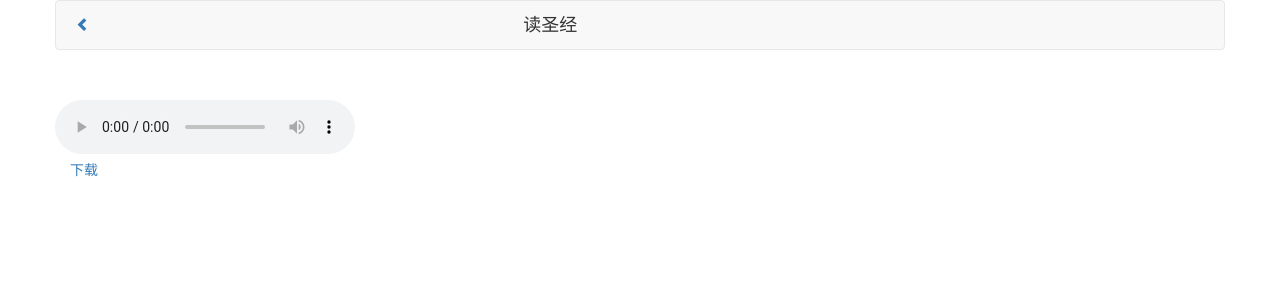
Repository: Paulyoufu/paulyoufu.github.io
Page: content.html
An editor plug-in stored every save of this project. The page is shown before and after a run of saves, followed by the edit.
The browser window is 1280 px wide. The pictures show the whole page.

Above is the page before, as saved 2018-04-23 14:00:34.
Console error: TypeError: Cannot read properties of undefined (reading 'toString')

### content.html
<!DOCTYPE html>
<html lang="en">

<head>
    <meta charset="UTF-8">
    <meta name="viewport" content="width=device-width, initial-scale=1.0">

    <link rel="stylesheet" href="css/bootstrap.min.css">
    <script src="js/jquery-3.3.1.min.js"></script>
    <script src="js/bootstrap.js"></script>

    <style>
        .center {
            position: relative;
            top: 50%;
        }
    </style>
    <title>Document</title>
</head>

<body>
    <div class="container">

        <div class="row">
            <nav class="navbar navbar-default" role="navigation">
                <a href="index.html" class="pull-left glyphicon glyphicon-chevron-left" style="margin-top:15px;margin-left:20px;"></a>
                <h4 class="text-aglin:center" style="margin-left:40%;margin-top:15px;">读圣经</h4>
            </nav>
            <div class="row" style="margin-top:50px;">
                <div class="col-md-12 column">
                    <audio id="ad" autoplay="autoplay" src="http://biblevoice.oss-cn-hangzhou.aliyuncs.com/rock/创世记第1章.mp3" controls="controls"></audio>
                </div>
            </div>

            <div id="bContent" class="col-md-12">

            </div>
        </div>
        <!-- title -->




        <!-- 显示经文 -->
        <div class="row">


        </div>


        <!-- mp3播放器 -->

        <!-- mp3下载 -->
        <a id="btnDownLoad" href="" class=" class=" btn btn-primary "">下载</a>
    </div>

    <script>


        $(document).ready(function () {
            var i = 1;
            //    alert(location.search+"-------")
            // $("#bContent").text(decodeURIComponent(location.search))
            var bn = decodeURIComponent(location.search).trim().replace(/[bn= ?]/ig, "")
            var bookname = "";
            var startCharpter = 1;
            var endCharpter = 1;
            var bsn = {
                "创": "创世记", "出": "出埃及记", "利": "利未记", "民": "民数记", "申": "申命记", "书": "约书亚记",
                "士": "士师记", "得": "路得记", "撒上": "撒母耳记上", "撒下": "撒母耳记下", "王上": "列王纪上", "王下": "列王纪下", "代上": "历代志上", "代下": "历代志下", "拉": "以斯拉记", "尼": "尼希米记",
                "斯": "以斯帖记", "约": "约伯记", "诗": "诗篇", "箴": "箴言", "传": "传道书", "歌": "雅歌", "赛": "以赛亚书",
                "耶": "耶利米书", "哀": "耶利米哀书", "结": "以西结书", "但": "但以理书", "何": "何西阿书", "珥": "约珥书", "摩": "阿摩司书", "俄": "俄巴底亚书", "拿": "约拿书", "弥": "弥迦书", "鸿": "那鸿书",
                "哈": "哈巴谷书", "番": "西番雅书", "该": "哈该书", "亚": "撒迦利亚书", "玛": "玛拉基书",
                "太": "马太福音", "可": "马可福音", "路": "路加福音", "约": "约翰福音", "徒": "使徒行传", "罗": "罗马书", "林前": "哥林多前书", "林后": "哥林多后书", "加": "加拉太书", "弗": "以弗所书", "腓": "腓立比书",
                "西": "歌罗西书", "帖前": "贴撒罗尼迦前书", "帖后": "帖撒罗尼迦后书", "提前": "提摩太前书", "提后": "提摩太后书", "多": "提多书", "门": "腓利门书", "来": "希伯来书", "雅": "雅各书", "彼前": "彼得前书", "彼前": "彼得前书", "彼后": "彼得后书", "约一": "约翰一书",
                "约二": "约翰二书", "约三": "约翰三书", "犹": "犹大书", "启": "启示录"
            }
            var url = "http://biblevoice.oss-cn-hangzhou.aliyuncs.com/rock/";
            var src = "";
            var index = 1;
            var bnArr = []
            var srcArr = []

            /* 经文加载 */

            if (bn.indexOf(";") > 0) {
                bnArr = bn.split(';')
                for (var i = 0; i < bnArr.length; i++) {///
                    console.log(i)

                    bookname = bnArr[i].replace(/[^\u4e00-\u9fa5]/gi, "")

                    console.log("bookname===----" + i)
                    startCharpter = bnArr[i].replace(bookname, "").split("-")[0]
                    endCharpter = bnArr[i].replace(bookname, "").split("-")[1]
                    console.log("startcharpter=" + startCharpter)
                    console.log("endCharpter=" + endCharpter)
                    for (key in bsn) {
                        if (bookname == key) {
                            bookname = bookname.replace(key, bsn[key])
                            //  console.log("bookname ======="+bookname)
                            //  index=startCharpter

                            for (var j = startCharpter; j <= endCharpter; j++) {
                                if (endCharpter == 1) {
                                    srcArr.push(url + bookname + "第" + startCharpter + "章.mp3")
                                }
                                else {
                                    srcArr.push(url + bookname + "第" + (startCharpter++) + "章.mp3")
                                }


                            }

                        }

                    }
                }
            }
            else {
                bookname = bn.replace(/[^\u4e00-\u9fa5]/gi, "")
                console.log(bookname)
                startCharpter = bn.replace(bookname, "").split("-")[0]
                endCharpter = bn.replace(bookname, "").split("-")[1]
                console.log("startcharpter=" + startCharpter)
                console.log("endCharpter=" + endCharpter)
                for (key in bsn) {
                    if (bookname == key) {
                        bookname = bookname.replace(key, bsn[key])
                        //  console.log("bookname ======="+bookname)
                        //  index=startCharpter

                        for (var j = startCharpter; j <= endCharpter; j++) {
                            if (endCharpter == 1) {
                                srcArr.push(url + bookname + "第" + startCharpter + "章.mp3")
                            }
                            else {
                                srcArr.push(url + bookname + "第" + (startCharpter++) + "章.mp3")
                            }


                        }

                    }

                }

            }

            srcArr.forEach(function (item, index, input) {
                console.log(input[index])
            })
            $("#ad").attr("src", srcArr[0].toString())

            inx = 1;
            $("#ad").on("ended", function () {

                if (inx >= srcArr.length) {
                    inx = 0
                    console.log("inx=================" + inx)
                    // return;
                }
                /*  inx=inx+1 */

                $(this).attr("src", srcArr[inx++])
                console.log("index==========" + inx)

                var player = $("#ad")[0]; /*jquery对象转换成js对象*/
                if (player.paused) { /*如果已经暂停*/
                    player.play(); /*播放*/
                } else {
                    player.pause();/*暂停*/
                }
            })
        })

    </script>
</body>

</html>

Loaded but not shown: css/bootstrap.min.css (library); js/jquery-3.3.1.min.js (library); js/bootstrap.js (library)

After the next 2 saves:
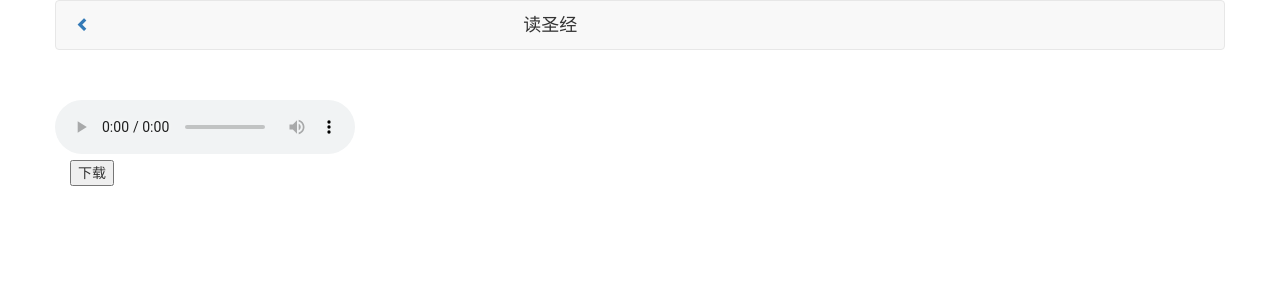
The 2 saves are shown as one change because they came seconds apart.
The last was saved 34 s later.
--- a/content.html
+++ b/content.html
@@ -51,7 +51,7 @@
         <!-- mp3播放器 -->
 
         <!-- mp3下载 -->
-        <a id="btnDownLoad" href="" class=" class=" btn btn-primary "">下载</a>
+        <button id="btnDownLoad" href="" class=" class=" btn btn-primary "">下载</a>
     </div>
 
     <script>

After the 5 saves that followed:
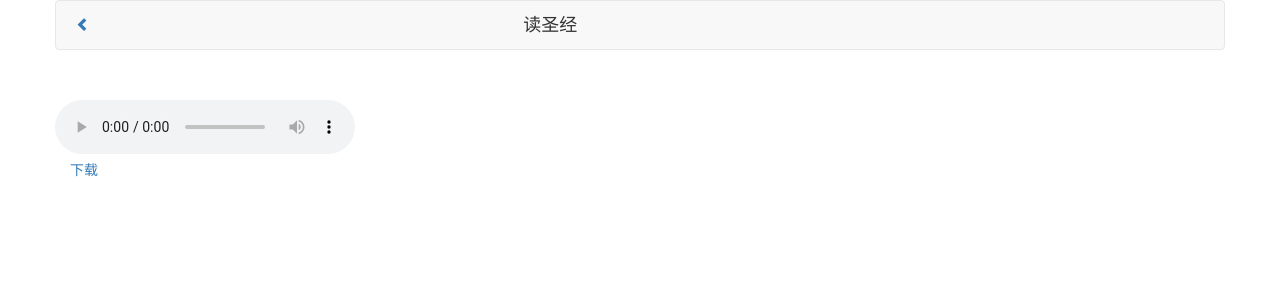
The 5 saves are shown as one change because 2 left the picture as it was and some came seconds apart.
The last was saved 64 s later.
--- a/content.html
+++ b/content.html
@@ -51,7 +51,7 @@
         <!-- mp3播放器 -->
 
         <!-- mp3下载 -->
-        <button id="btnDownLoad" href="" class=" class=" btn btn-primary "">下载</a>
+        <a id="btnDownLoad" href="" class=" class="btn btn-primary "">下载</button>
     </div>
 
     <script>
